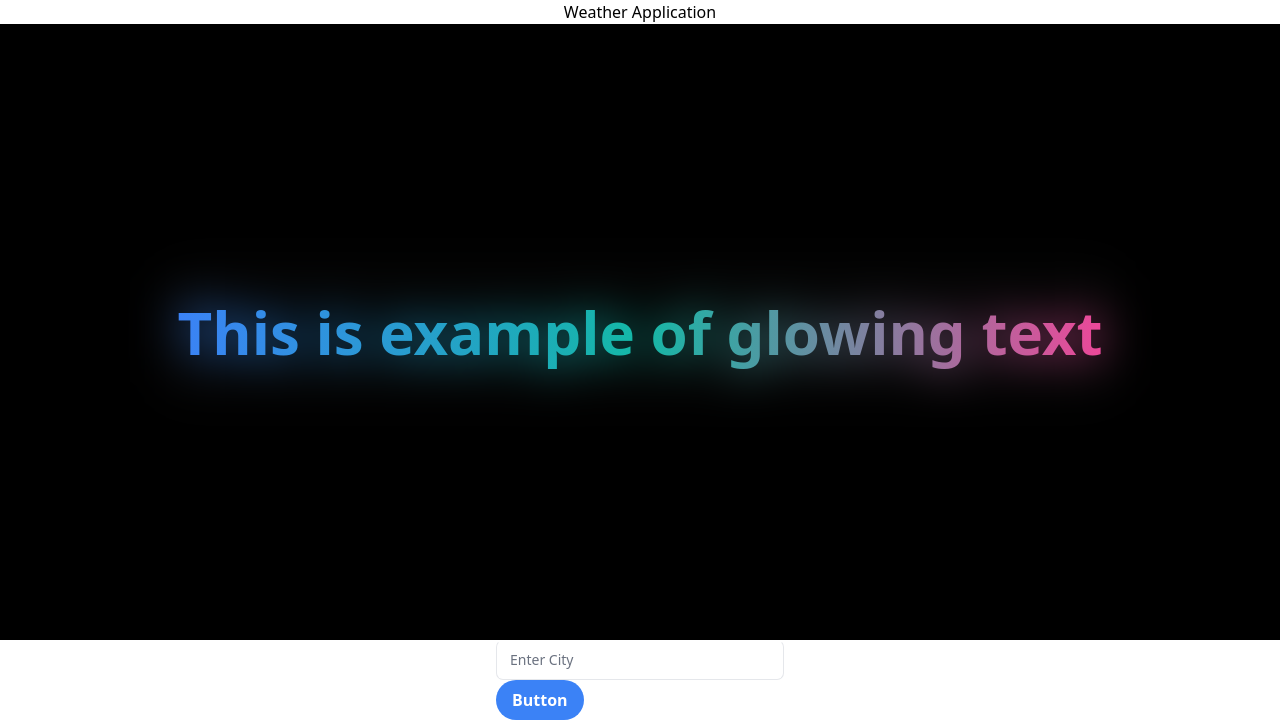
Repository: rajratangm/xweather
Page: /
The author's editor kept a copy of each file at every save. The page is drawn from the files as they stood at one save, then again after the next save.
The browser window is 1280 px wide. The pictures show the whole page.
The project was rebuilt for these pictures with package versions that can differ from the ones it lists, and the page was loaded fresh each time.

Above is the page before, as saved 2024-06-06 10:42:03.

### src/index.css
@tailwind base;
@tailwind components;
@tailwind utilities;

/*
body {
  margin: 0;
  font-family: -apple-system, BlinkMacSystemFont, 'Segoe UI', 'Roboto', 'Oxygen',
    'Ubuntu', 'Cantarell', 'Fira Sans', 'Droid Sans', 'Helvetica Neue',
    sans-serif;
  -webkit-font-smoothing: antialiased;
  -moz-osx-font-smoothing: grayscale;
}

code {
  font-family: source-code-pro, Menlo, Monaco, Consolas, 'Courier New',
    monospace;
} */

### src/App.js
import React, { useState, useEffect } from "react";
import { ToastContainer, toast } from 'react-toastify';
import 'react-toastify/dist/ReactToastify.css';
import "./App.css";

const WeatherApp = () => {
  const [city, setCity] = useState("");
  const [weatherData, setWeatherData] = useState([]);
  const [main, setMain] = useState(null);
  const [loading, setLoading] = useState(false);
  const [currentDateTime, setCurrentDateTime] = useState(new Date());
  const API_KEY = "1fa9ff4126d95b8db54f3897a208e91c";

  const fetchWeatherData = async () => {
    setLoading(true);
    try {
      const response = await fetch(
        `https://api.openweathermap.org/data/2.5/weather?q=${city}&appid=${API_KEY}&units=metric`
      );
      if (!response.ok) {
        throw new Error("Failed to fetch weather data");
      }
      const data = await response.json();
      setWeatherData(data.weather);
      setMain(data);
      setLoading(false);
    } catch (error) {
      setLoading(false);
      alert("Failed to fetch weather data");
      toast.error("Error Notification !",{});

    }
  };

  const handleSubmit = (e) => {
    e.preventDefault();
    fetchWeatherData();
  };

  useEffect(() => {
    const interval = setInterval(() => {
      setCurrentDateTime(new Date());
    }, 1000);
    return () => clearInterval(interval);
  }, []);

  return (
    <div className="weather-app">
      <h1>Weather Application</h1>
      <div class="flex h-screen w-full items-center justify-center bg-black">
    <span class="absolute mx-auto py-4 flex border w-fit bg-gradient-to-r blur-xl from-blue-500 via-teal-500 to-pink-500 bg-clip-text text-6xl box-content font-extrabold text-transparent text-center select-none">
    This is example of glowing text
  </span>
    <h1
        class="relative top-0 w-fit h-auto py-4 justify-center flex bg-gradient-to-r items-center from-blue-500 via-teal-500 to-pink-500 bg-clip-text text-6xl font-extrabold text-transparent text-center select-auto">
        This is example of glowing text
    </h1>
</div>
      <form onSubmit={handleSubmit}>
        <div className="w-72">
          <div className="relative w-full min-w-[200px] h-10">
            <input
              type="text"
              value={city}
              onChange={(e) => setCity(e.target.value)}
              className="peer w-full h-full bg-transparent text-blue-gray-700 font-sans font-normal outline outline-0 focus:outline-0 disabled:bg-blue-gray-50 disabled:border-0 transition-all placeholder-shown:border placeholder-shown:border-blue-gray-200 placeholder-shown:border-t-blue-gray-200 border focus:border-2 border-t-transparent focus:border-t-transparent text-sm px-3 py-2.5 rounded-[7px] border-blue-gray-200 focus:border-gray-900"
              placeholder=" "
            />
            <label className="flex w-full h-full select-none pointer-events-none absolute left-0 font-normal !overflow-visible truncate peer-placeholder-shown:text-blue-gray-500 leading-tight peer-focus:leading-tight peer-disabled:text-transparent peer-disabled:peer-placeholder-shown:text-blue-gray-500 transition-all -top-1.5 peer-placeholder-shown:text-sm text-[11px] peer-focus:text-[11px] before:content-[' '] before:block before:box-border before:w-2.5 before:h-1.5 before:mt-[6.5px] before:mr-1 peer-placeholder-shown:before:border-transparent before:rounded-tl-md before:border-t peer-focus:before:border-t-2 before:border-l peer-focus:before:border-l-2 before:pointer-events-none before:transition-all peer-disabled:before:border-transparent after:content-[' '] after:block after:flex-grow after:box-border after:w-2.5 after:h-1.5 after:mt-[6.5px] after:ml-1 peer-placeholder-shown:after:border-transparent after:rounded-tr-md after:border-t peer-focus:after:border-t-2 after:border-r peer-focus:after:border-r-2 after:pointer-events-none after:transition-all peer-disabled:after:border-transparent peer-placeholder-shown:leading-[3.75] text-gray-500 peer-focus:text-gray-900 before:border-blue-gray-200 peer-focus:before:!border-gray-900 after:border-blue-gray-200 peer-focus:after:!border-gray-900">
              Enter City
            </label>
          </div>
        </div>
        <button
          type="submit"
          className="bg-blue-500 hover:bg-blue-700 text-white font-bold py-2 px-4 rounded-full"
        >
          Button
        </button>
      </form>
      {loading && <p>Loading data...</p>}
      {/* {toast("Default Notification !", {})} */}
      {weatherData.length > 0 && main && (
        <div className="weather-cards">
          {weatherData.map((weather, index) => (
            <div className="weather-card" key={index}>
              <div className="flex justify-center">
                <div className="card min-w-sm max-w-sm border border-gray-100 bg-gray-50 transition-shadow test shadow-lg hover:shadow-shadow-xl w-full bg-green-600 text-purple-50 rounded-md">
                  <h2 className="text-md mb-2 px-4 pt-4">
                    <div className="flex justify-between">
                      <div className="badge relative top-0">
                        <span className="mt-2 py-1 h-12px text-md font-semibold w-12px rounded right-1 bottom-1 px-4">
                          {weather.main}
                        </span>
                      </div>
                      <span className="text-lg font-bold ">
                        {currentDateTime.toLocaleString()}
                      </span>
                    </div>
                  </h2>

                  <div className="flex items-center p-4">
                    <div className="flex justify-center items-center w-96">
                      <img src={`http://openweathermap.org/img/wn/${weather.icon}@2x.png`} alt={weather.description} />
                    </div>
                  </div>
                  <div className="text-md pt-4 pb-4 px-4">
                    <div className="flex justify-between items-center">
                      <div className="space-y-2">
                        <span className="flex space-x-2 items-center">
                          <svg height="20" width="20" viewBox="0 0 32 32" className="fill-current">
                            <path d="M13,30a5.0057,5.0057,0,0,1-5-5h2a3,3,0,1,0,3-3H4V20h9a5,5,0,0,1,0,10Z"></path>
                            <path d="M25 25a5.0057 5.0057,0 01-5-5h2a3 3 0 103-3H2V15H25a5 5 0 010 10zM21 12H6V10H21a3 3 0 10-3-3H16a5 5 0 115 5z"></path>
                          </svg>
                          <span>{main.wind.speed}km/h</span>
                        </span>
                        <span className="flex space-x-2 items-center">
                          <svg height="20" width="20" viewBox="0 0 32 32" className="fill-current">
                            <path d="M16,24V22a3.2965,3.2965,0,0,0,3-3h2A5.2668,5.2668,0,0,1,16,24Z"></path>
                            <path d="M16,28a9.0114,9.0114,0,0,1-9-9,9.9843,9.9843,0,0,1,1.4941-4.9554L15.1528,3.4367a1.04,1.04,0,0,1,1.6944,0l6.6289,10.5564A10.0633,10.0633,0,0,1,25,19,9.0114,9.0114,0,0,1,16,28ZM16,5.8483l-5.7817,9.2079A7.9771,7.9771,0,0,0,9,19a7,7,0,0,0,14,0,7.9165,7.9165,0,0,0-.9756-3.7757Z"></path>
                          </svg>
                          <span>{main.main.humidity}%</span>
                        </span>
                      </div>
                      <div className="space-y-2">
                        <div className="avatar relative right-0 bottom-0 block">
                          <span className="inline-block p-1 bg-white rounded-full">
                            <img
                              src={`http://openweathermap.org/img/wn/${weather.icon}@2x.png`}
                              alt={weather.description}
                              className="w-16 h-16 rounded-full"
                            />
                          </span>
                        </div>
                      </div>
                    </div>
                  </div>
                </div>
              </div>
            </div>
          ))}
        </div>
      )}
    </div>
  );
};

export default WeatherApp;

### src/App.css


.weather-app {
  display: flex;
  flex-direction: column;
  align-items: center;
  justify-content: center;
  height: 100vh; /* Adjust height based on your requirement */
}

.weather-cards {
  display: flex;
  flex-wrap: wrap;
  justify-content: center;
}

.weather-card {
  margin: 10px;
}

Loaded but not shown: public/index.html (common file); src/index.js (common file); src/reportWebVitals.js (common file); tailwind.config.js (common file)

After the next save:
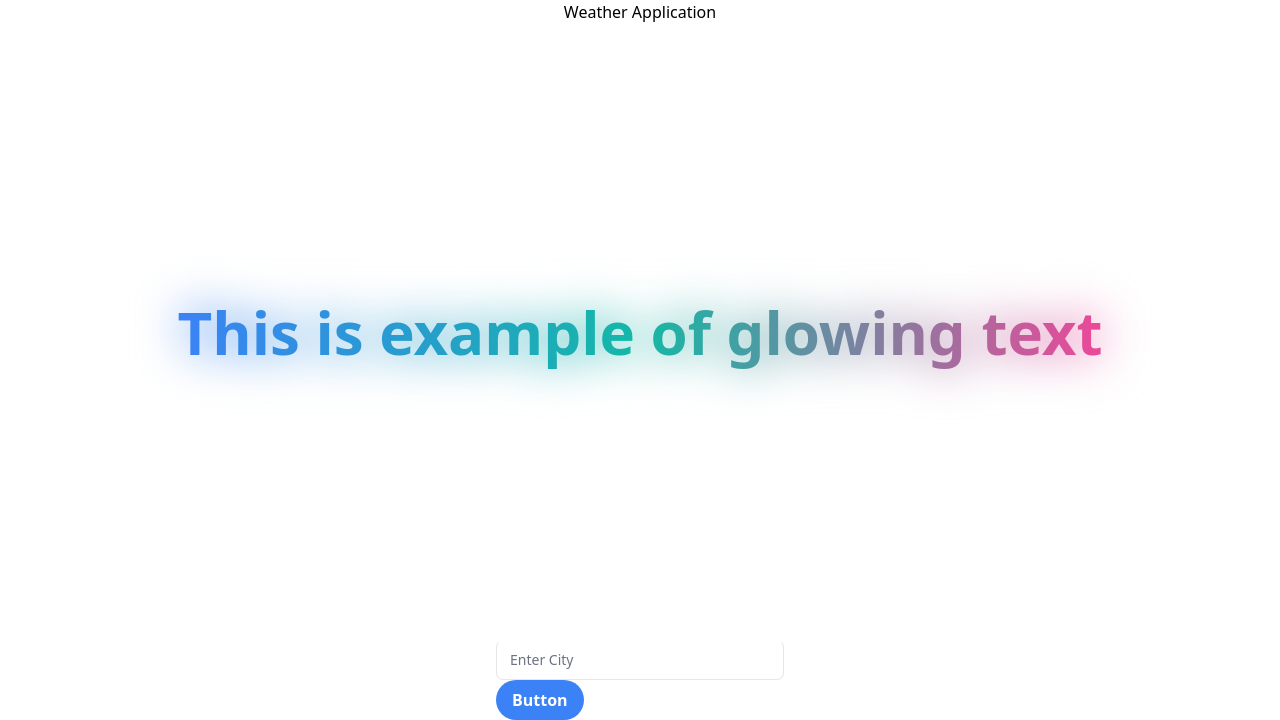
Saved 24 s later.
--- a/src/App.js
+++ b/src/App.js
@@ -47,7 +47,7 @@ const WeatherApp = () => {
   return (
     <div className="weather-app">
       <h1>Weather Application</h1>
-      <div class="flex h-screen w-full items-center justify-center bg-black">
+      <div class="flex h-screen w-full items-center justify-center">
     <span class="absolute mx-auto py-4 flex border w-fit bg-gradient-to-r blur-xl from-blue-500 via-teal-500 to-pink-500 bg-clip-text text-6xl box-content font-extrabold text-transparent text-center select-none">
     This is example of glowing text
   </span>
